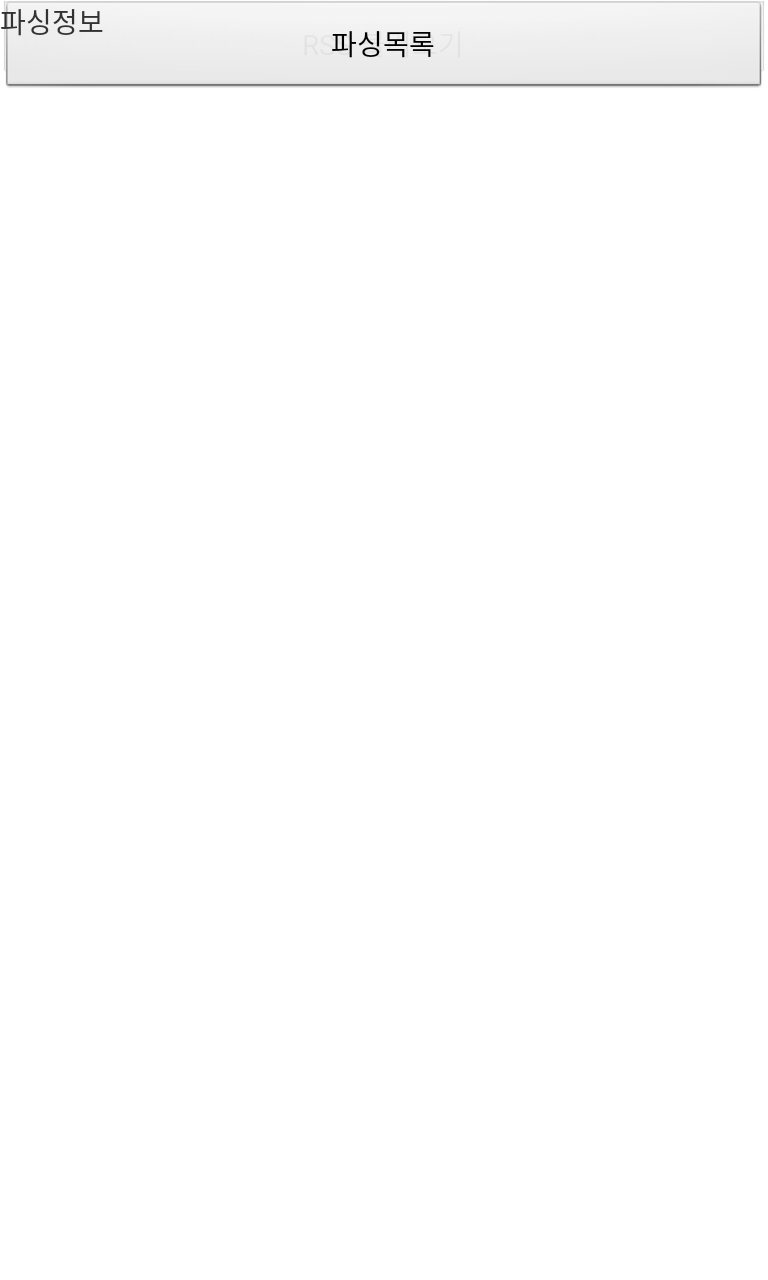
Repository: chlduq04/java
Layout: culture/res/layout/activity_main.xml
An editor plug-in stored every save of this project. The layout is shown before and after the next save, followed by the edit.
It is drawn on a 768 x 1280 px phone screen (xhdpi) without system bars, with theme AppTheme; the app's code is not run. Lists and similar views that code fills are empty.

Above is the layout before, as saved 2012-07-20 16:45:48.

After the next save:
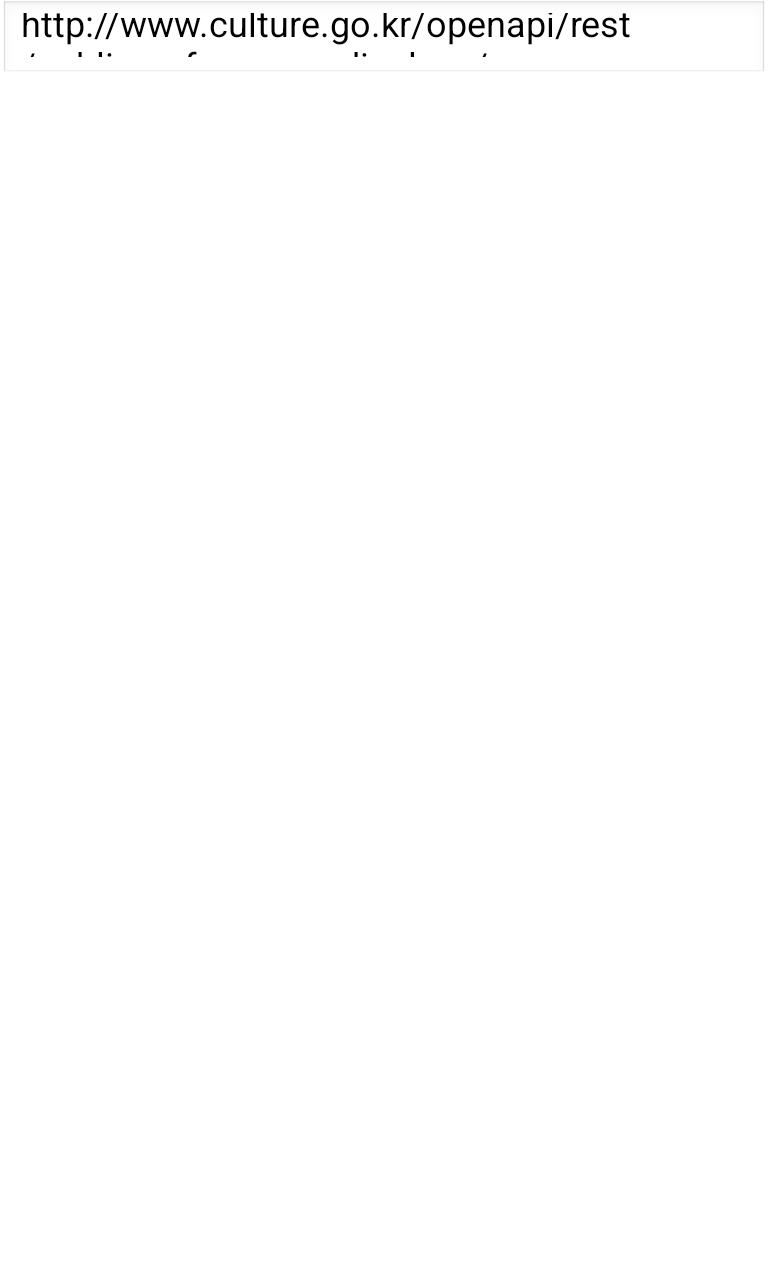
Saved 2 min 36 s later.
--- a/culture/res/layout/activity_main.xml
+++ b/culture/res/layout/activity_main.xml
@@ -1,4 +1,4 @@
-<RelativeLayout xmlns:android="http://schemas.android.com/apk/res/android"
+<LinearLayout xmlns:android="http://schemas.android.com/apk/res/android"
     xmlns:tools="http://schemas.android.com/tools"
     android:layout_width="match_parent"
     android:layout_height="match_parent" >
@@ -8,7 +8,7 @@
         android:layout_width="fill_parent"
         android:layout_height="40dip"
         android:hint="주소"
-        android:text="http://www.dsu.ac.kr/V6/nbd060200/rss" >
+        android:text="http://www.culture.go.kr/openapi/rest/publicperformancedisplays/area?serviceKey=D1yyEu8AyO6FzCZ%2BaxokkVM8tpT6im7WFNB84Aewz9jXN5YkIA9txn1HRGx%2B3pZCidW3%2BNnRrbT1vc5QWFImxA%3D%3D" >
     </EditText>
 
     <Button
@@ -34,7 +34,10 @@
     <ListView
         android:id="@+id/listView1"
         android:layout_width="fill_parent"
-        android:layout_height="fill_parent" >
+        android:layout_height="fill_parent"
+        android:layout_alignParentLeft="true"
+        android:layout_below="@+id/button1" >
+
     </ListView>
 
-</RelativeLayout>
+</LinearLayout>
